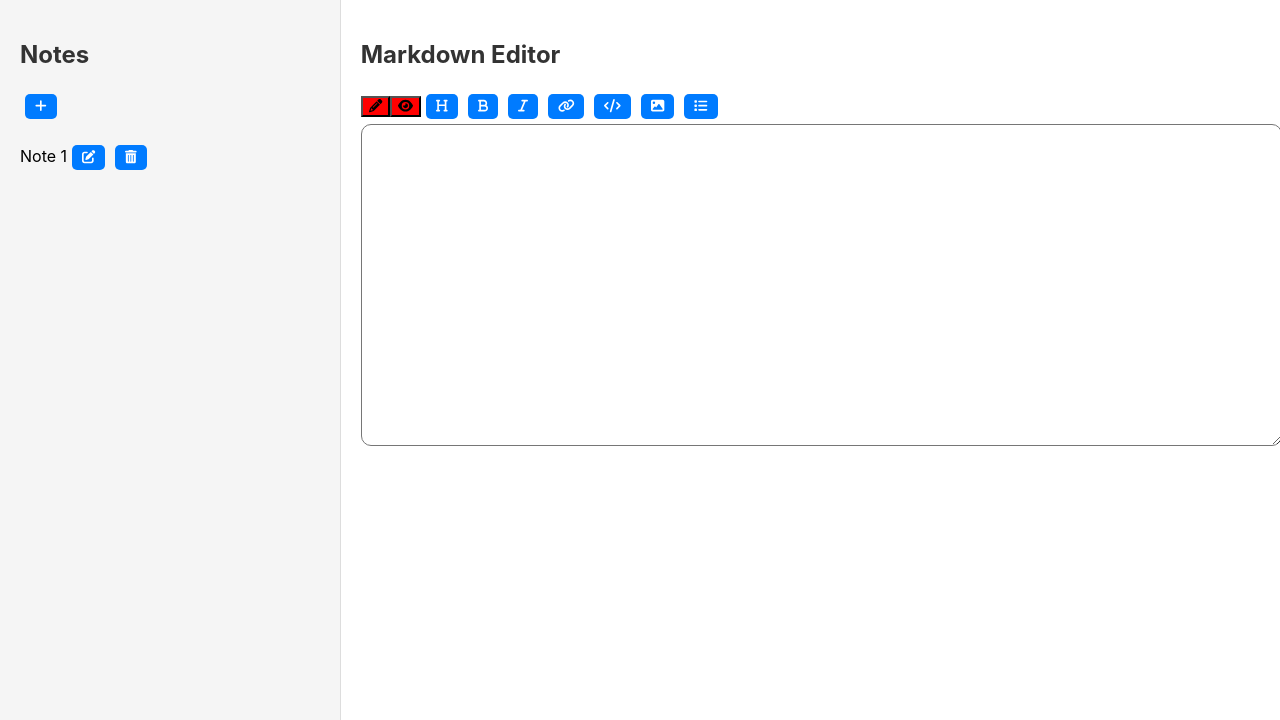
Repository: sriram1224/markdown_editor
Page: /
The author's editor kept a copy of each file at every save. The page is drawn from the files as they stood at one save, then again after the next save.
The browser window is 1280 px wide. The pictures show the whole page.
The project was rebuilt for these pictures with package versions that can differ from the ones it lists, and the page was loaded fresh each time.

Above is the page before, as saved 2024-04-22 23:23:12.

After the next save:
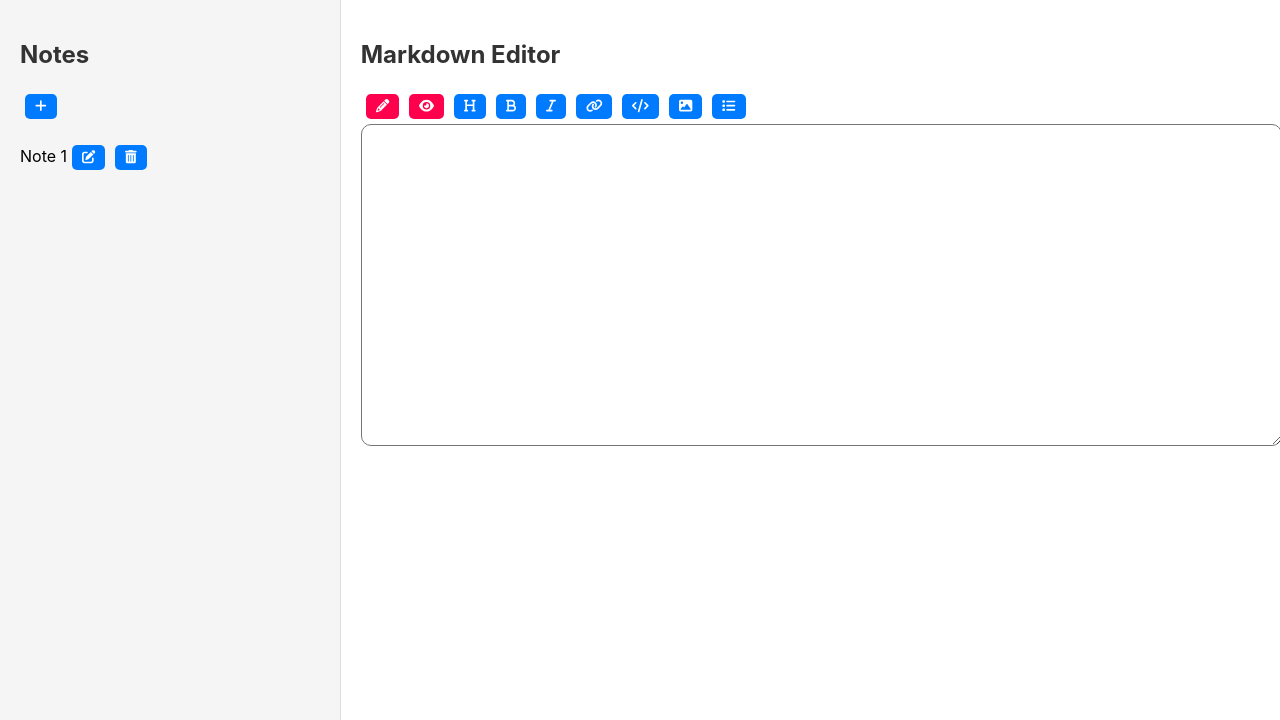
Saved 29 s later.
--- a/src/App.css
+++ b/src/App.css
@@ -12,7 +12,13 @@
 }
 
 .button-one{
-  background-color:red;
+  margin: 5px;
+    padding: 5px 10px;
+    border: none;
+    border-radius: 5px;
+    background-color: #ff004c;
+    color: white;
+    cursor: pointer;
 
 }
 .notes-container h2 {
